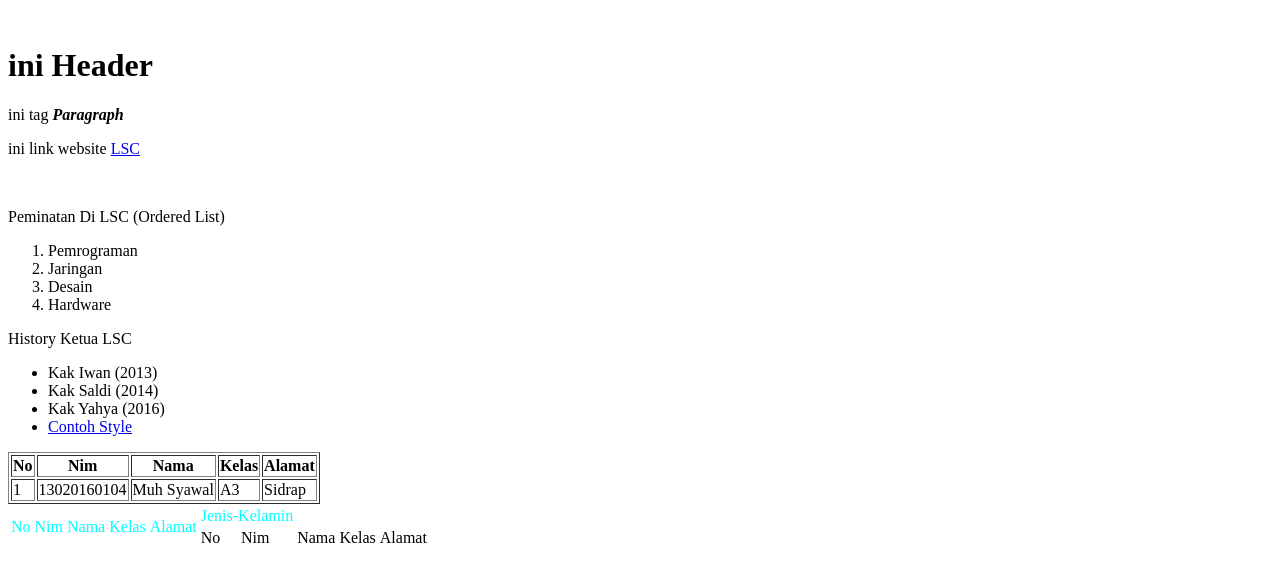
Repository: syawal2kalii/HelloWorld
Page: basichtml.htm
An editor plug-in stored every save of this project. The page is shown before and after the next save, followed by the edit.
The browser window is 1280 px wide. The pictures show the whole page.

Above is the page before, as saved 2019-11-17 11:27:14.

### basichtml.htm

<!--
Pertemuan 4
Overview
    Struktur Dasar
    Struktur Tag
        *Tag,Atribute,Property
    Berkenalan Dengan Beberapa Tag
        *header
        *Paragraph
        *Text Style (Bold,italic,font)
        *a
        *image
        *list
        *Table (colspan & Rowspan)
        *input
        *form
        *link import
    Dimensi dari setiap tag (block,inline)
    Studi Case : login,register,table user (No Style)

     -->

<!DOCTYPE html>
<html lang="en">
<head>
    <meta charset="UTF-8">
    <meta name="viewport" content="width=device-width, initial-scale=1.0">
    <meta http-equiv="X-UA-Compatible" content="ie=edge">
    <title>Basic HTML (Pertemuan 5)</title>
</head>
<body>
    <!-- tag atribute value
        global -> style,class (https://www.w3.org/TR/2010/WD-html-markup-20101019/global-attributes.html)
        local -> src
    -->

    <img src="" alt="">
    <h1>ini Header</h1>
    <p>ini tag <b><i>Paragraph</i></b></p>
    <p>ini link website <a href="http://www.lscumi.info.tm">LSC</a> </p>
    <img src="" alt="">
   <p> Peminatan Di LSC (Ordered List) </p>
    <ol>
        <li>Pemrograman</li>
        <li>Jaringan</li>
        <li>Desain</li>
        <li>Hardware</li>
    </ol>

    <p>History Ketua LSC</p>
    <ul>
        <li>Kak Iwan (2013)</li>
        <li>Kak Saldi (2014)</li>
        <li>Kak Yahya (2016)</li>
        <li><a href="https://www.w3schools.com/html/html_lists.asp">Contoh Style</a></li>
    </ul>

    <table border="1"> <!-- tag pembuka -->
        <tr> <!-- table row -->
            <th>No</th> <!-- table Head -->
            <th>Nim</th>
            <th>Nama</th>
            <th>Kelas</th>
            <th>Alamat</th>
        </tr>
        <tr>
            <td>1</td> <!-- table Data -->
            <td>13020160104</td> <!-- table Data -->
            <td>Muh Syawal</td> <!-- table Data -->
            <td>A3</td> <!-- table Data -->
            <td>Sidrap</td> <!-- table Data -->
        </tr>
    </table> <!-- tag penutup -->

    <table>

        <tr style="color: aqua;">
            <td rowspan="2">No</td>
            <td rowspan="2">Nim</td>
            <td rowspan="2">Nama</td>
            <td rowspan="2">Kelas</td>
            <td rowspan="2">Alamat</td>
            <td rowspan="1" colspan="2">Jenis-Kelamin</td>
            <td></td>
        </tr>

        <tr>
                <td >No</td>
                <td >Nim</td>
                <td >Nama</td>
                <td >Kelas</td>
                <td >Alamat</td>
                <td Jenis-Kelamin</td>
                <td></td>

        </tr>
    </table>

    <!-- <link rel="stylesheet" href="lscumi.info.tm">Ini link ke website LSC -->


</body>


</html>

<!-- kemungkinan Error
    1.tag a tanpa http
    2.Margin di Css
-->

After the next save:
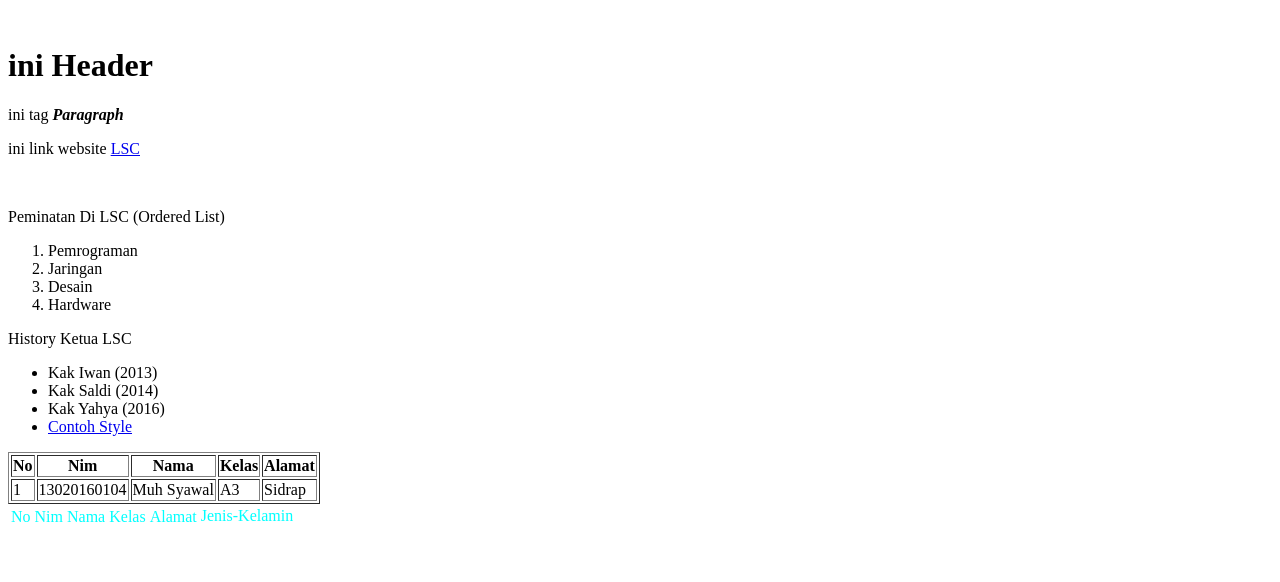
Saved 7 s later.
--- a/basichtml.htm
+++ b/basichtml.htm
@@ -86,13 +86,7 @@ Overview
         </tr>
 
         <tr>
-                <td >No</td>
-                <td >Nim</td>
-                <td >Nama</td>
-                <td >Kelas</td>
-                <td >Alamat</td>
-                <td Jenis-Kelamin</td>
-                <td></td>
+
 
         </tr>
     </table>
